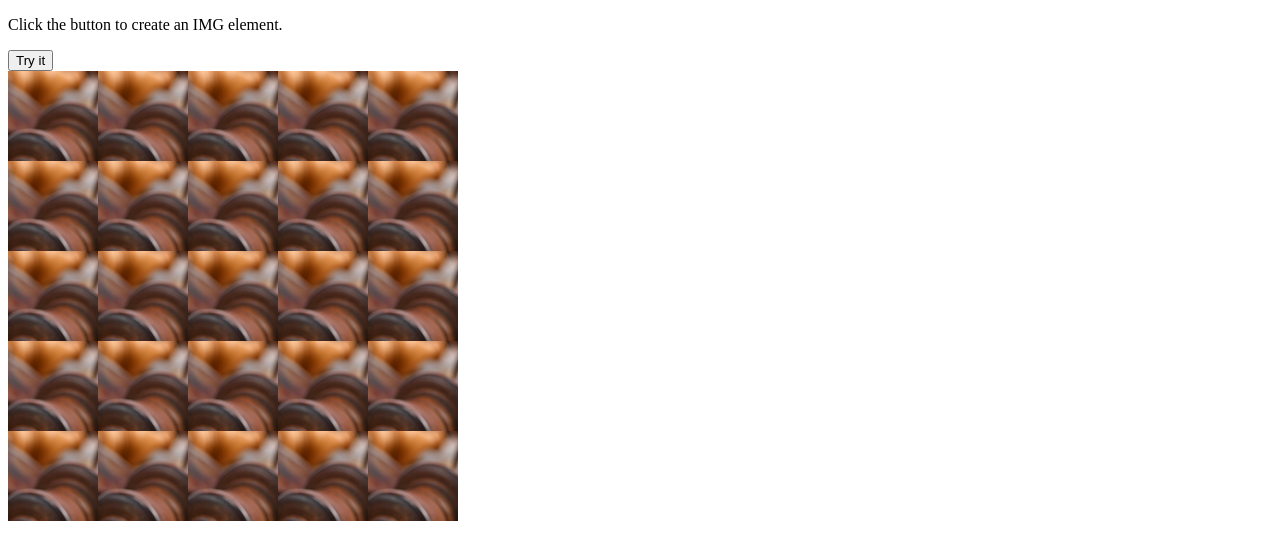
Repository: rashmikagamage/puzzle-vanila-js
Page: index.html
These files come from the project's save history. The page is drawn as it stood at one moment and after the next save; the edit follows.
The browser window is 1280 px wide. The pictures show the whole page.

Above is the page before, as saved 2020-08-05 22:39:58.

### index.html
<!DOCTYPE html>
<html>

<head>
    <link rel="stylesheet" type="text/css" href="./style.css">
</head>

<body>

    <p>Click the button to create an IMG element.</p>

    <button onclick="myFunction(5)">Try it</button>
    <div class="gridContainer" id="imgContainer"></div>
    <script src="./function.js">
    </script>

</body>

</html>

### style.css
.gridContainer {
    display: grid;
}

### function.js
function myFunction(num) {

    let cellSize = 450 / num + "px";
    let diff = 100 / num;
    let grid = "";
    let row = num;
    let col = num;
    let idCount = 0
    let xPosition = 0;
    let yPosition = 40;
    console.log(cellSize)

    for (let i = 0; i < num; i++) {
        grid = grid + cellSize + " ";
    }

    document.getElementById("imgContainer").style.gridTemplateColumns = grid;

    for (let i = 0; i < row; i++) {

        let yPosition = 0;

        for (let j = 0; j < col; j++) {

            var x = document.createElement("div");
            x.style.width = cellSize;
            x.style.height = cellSize;
            x.style.backgroundImage = "url('./chess.jpg')"
            x.style.backgroundPosition = "0% 20%" //xPosition + "% " + yPosition + "%"
            x.id = "img" + idCount;
            document.getElementById("imgContainer").appendChild(x);
            // yPosition = yPosition + (100/num);
        }
        // xPosition = xPosition + (100/num);
    }
}

myFunction(5);

After the next save:
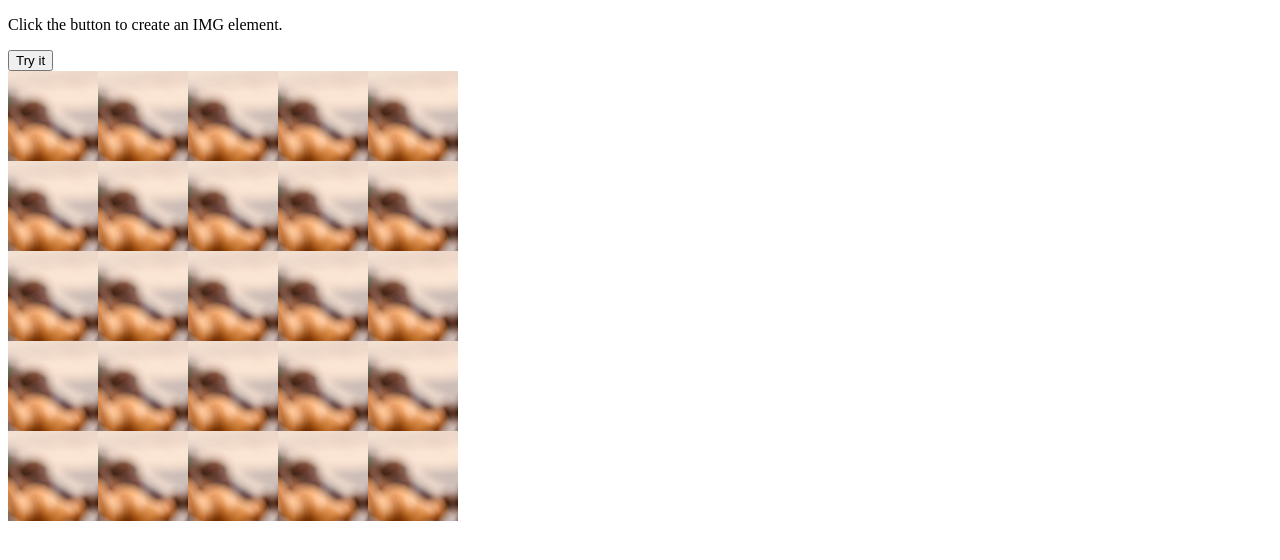
Saved 52 s later.
--- a/function.js
+++ b/function.js
@@ -26,7 +26,8 @@
             x.style.width = cellSize;
             x.style.height = cellSize;
             x.style.backgroundImage = "url('./chess.jpg')"
-            x.style.backgroundPosition = "0% 20%" //xPosition + "% " + yPosition + "%"
+            console.log(xPosition + "% " + yPosition + "%")
+            x.style.backgroundPosition = xPosition + "% " + yPosition + "%"
             x.id = "img" + idCount;
             document.getElementById("imgContainer").appendChild(x);
             // yPosition = yPosition + (100/num);
